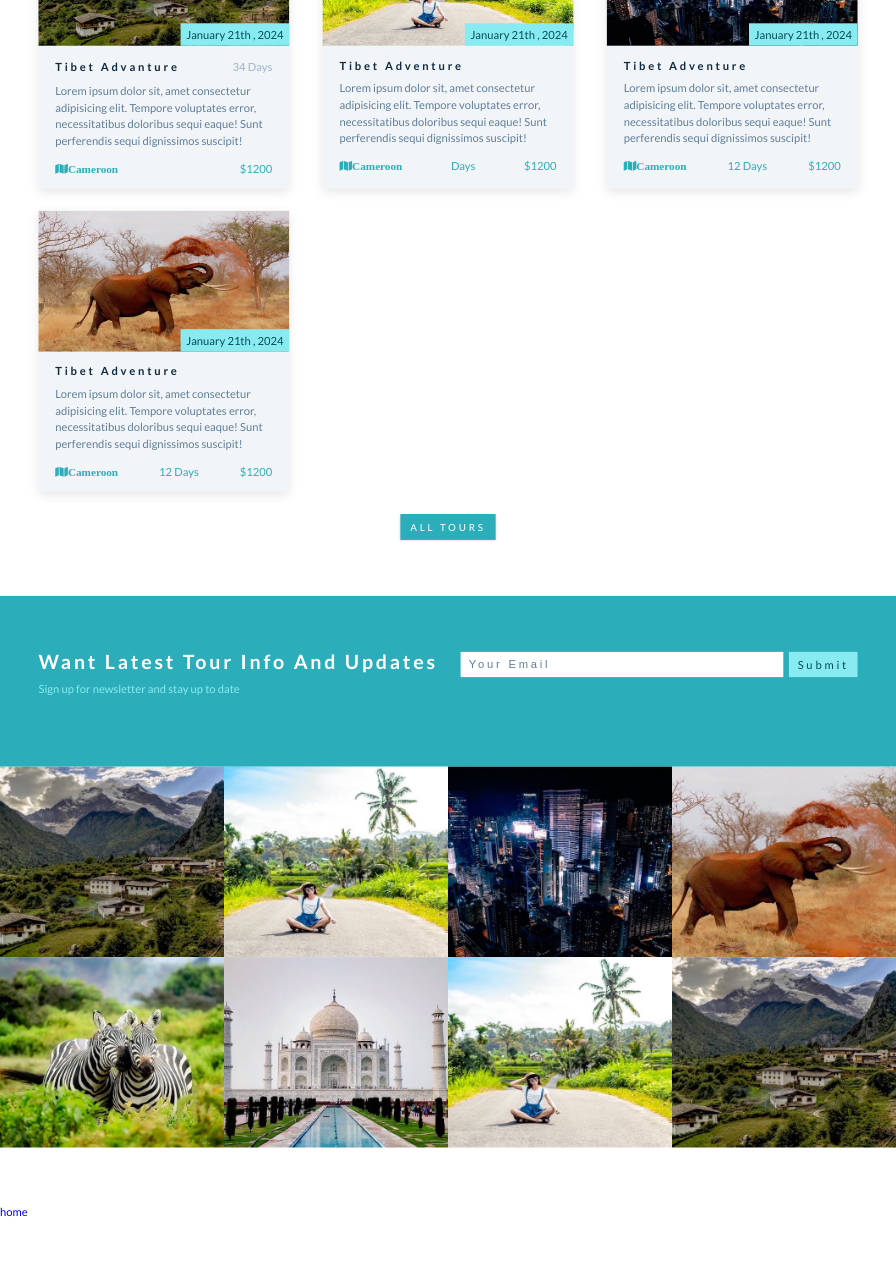
Repository: Ndifoinhilary/flexbox-project
Page: index.html
The author's editor kept a copy of each file at every save. The page is drawn from the files as they stood at one save, then again after the next save.
The browser window is 1280 px wide. The pictures show the part of the page from y = 2115 to 4035 px (the page is 3939 px tall before and 4035 px after), at 70% of full size.

Above is the page before, as saved 2024-01-24 05:51:22.

After the next save:
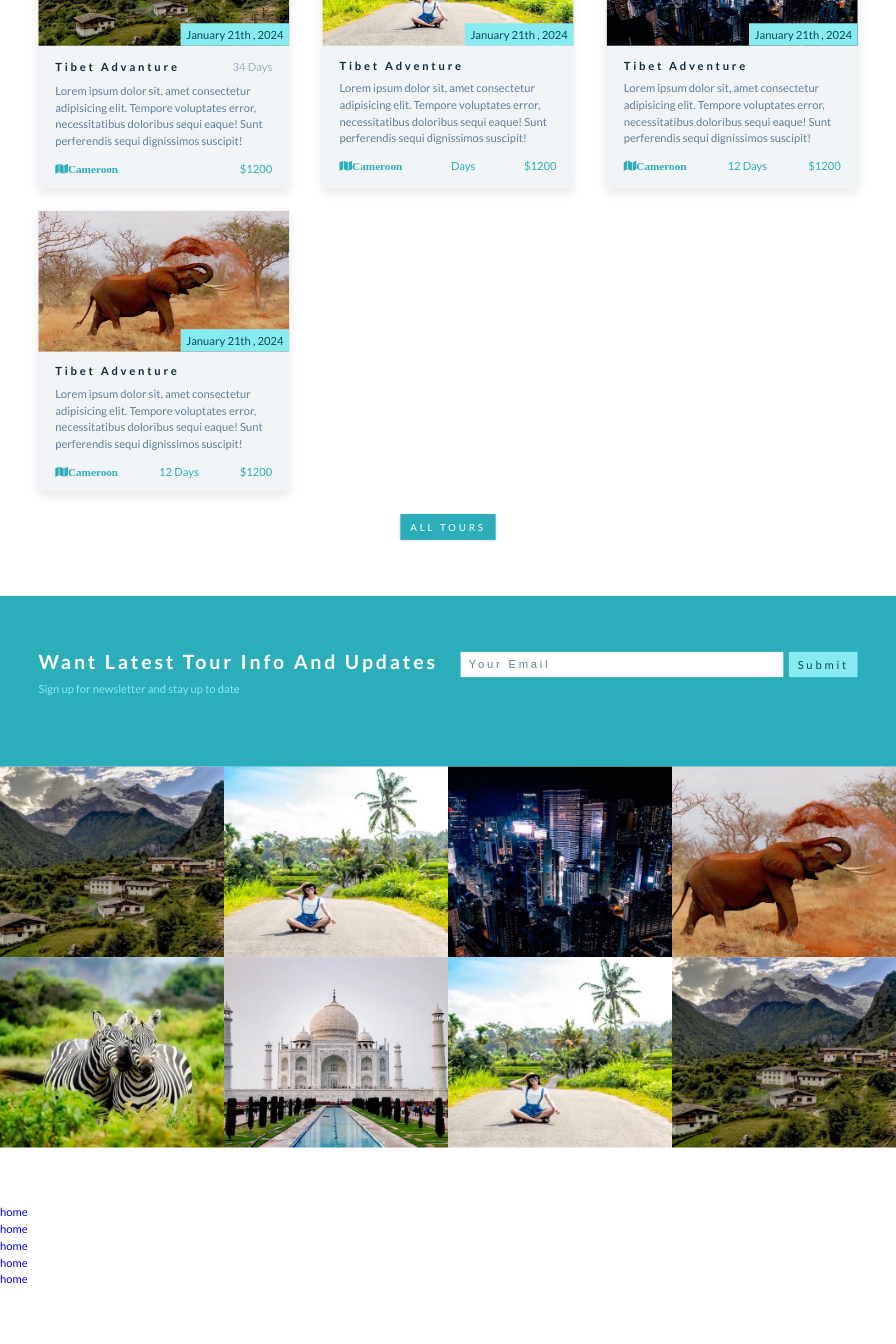
Saved 15 s later.
--- a/index.html
+++ b/index.html
@@ -242,6 +242,14 @@
     <ul class="footer-links">
       <li>
         <a href="#" class="footer-link scroll-link">home</a>
+      </li><li>
+        <a href="#" class="footer-link scroll-link">home</a>
+      </li><li>
+        <a href="#" class="footer-link scroll-link">home</a>
+      </li><li>
+        <a href="#" class="footer-link scroll-link">home</a>
+      </li><li>
+        <a href="#" class="footer-link scroll-link">home</a>
       </li>
     </ul>
    </footer>
